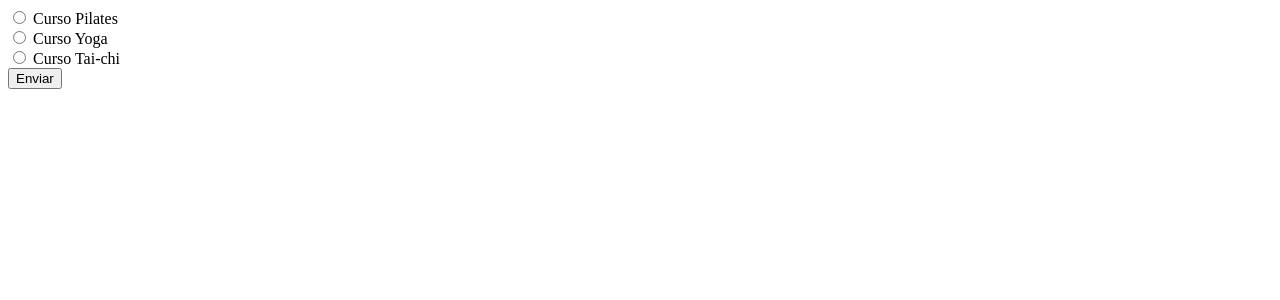
Repository: scgil/master-java
Page: Semana2/02_PrimerosEjemplos/src/main/webapp/formulario4.html
These files come from the project's save history. The page is drawn as it stood at one moment and after the next save; the edit follows.
The browser window is 1280 px wide. The pictures show the whole page.

Above is the page before, as saved 2024-12-13 12:31:12.

### Semana2/02_PrimerosEjemplos/src/main/webapp/formulario4.html
<!DOCTYPE html>
<html>
<head>
<meta charset="UTF-8">
<title>Formulario checkbox</title>
</head>
<body>
<div id="formulario">
<form action="ServletFormulario4" method="post" id="formulario">
<div class="form-radio">
  <input type="radio" id="flexRadioDefault" name="opciones">
  <label for="flexRadioDefault">
    Curso Pilates
  </label>
</div>
<div class="form-radio">
  <input type="radio" id="flexRadioDefault" name="opciones">
  <label for="flexRadioDefault">
    Curso Yoga
  </label>
</div>
<div class="form-check">
  <input type="radio" id="flexCheckChecked" name="opciones">
  <label for="flexCheckChecked">
    Curso Tai-chi
  </label>
<div>
<button  type="submit" id="enviar">Enviar</button>
</div>
</div>
</form>
</div>
</body>
</html>

After the next save:
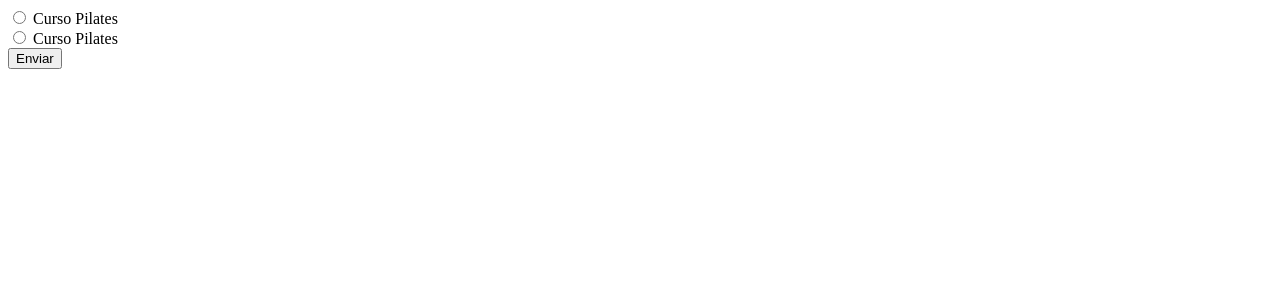
Saved 3 min 12 s later.
--- a/Semana2/02_PrimerosEjemplos/src/main/webapp/formulario4.html
+++ b/Semana2/02_PrimerosEjemplos/src/main/webapp/formulario4.html
@@ -8,7 +8,7 @@
 <div id="formulario">
 <form action="ServletFormulario4" method="post" id="formulario">
 <div class="form-radio">
-  <input type="radio" id="flexRadioDefault" name="opciones">
+  <input type="radio" id="flexRadioDefault" value="Pilates" name="opciones">
   <label for="flexRadioDefault">
     Curso Pilates
   </label>
@@ -16,15 +16,10 @@
 <div class="form-radio">
   <input type="radio" id="flexRadioDefault" name="opciones">
   <label for="flexRadioDefault">
-    Curso Yoga
+    Curso Pilates
   </label>
 </div>
-<div class="form-check">
-  <input type="radio" id="flexCheckChecked" name="opciones">
-  <label for="flexCheckChecked">
-    Curso Tai-chi
-  </label>
-<div>
+
 <button  type="submit" id="enviar">Enviar</button>
 </div>
 </div>
